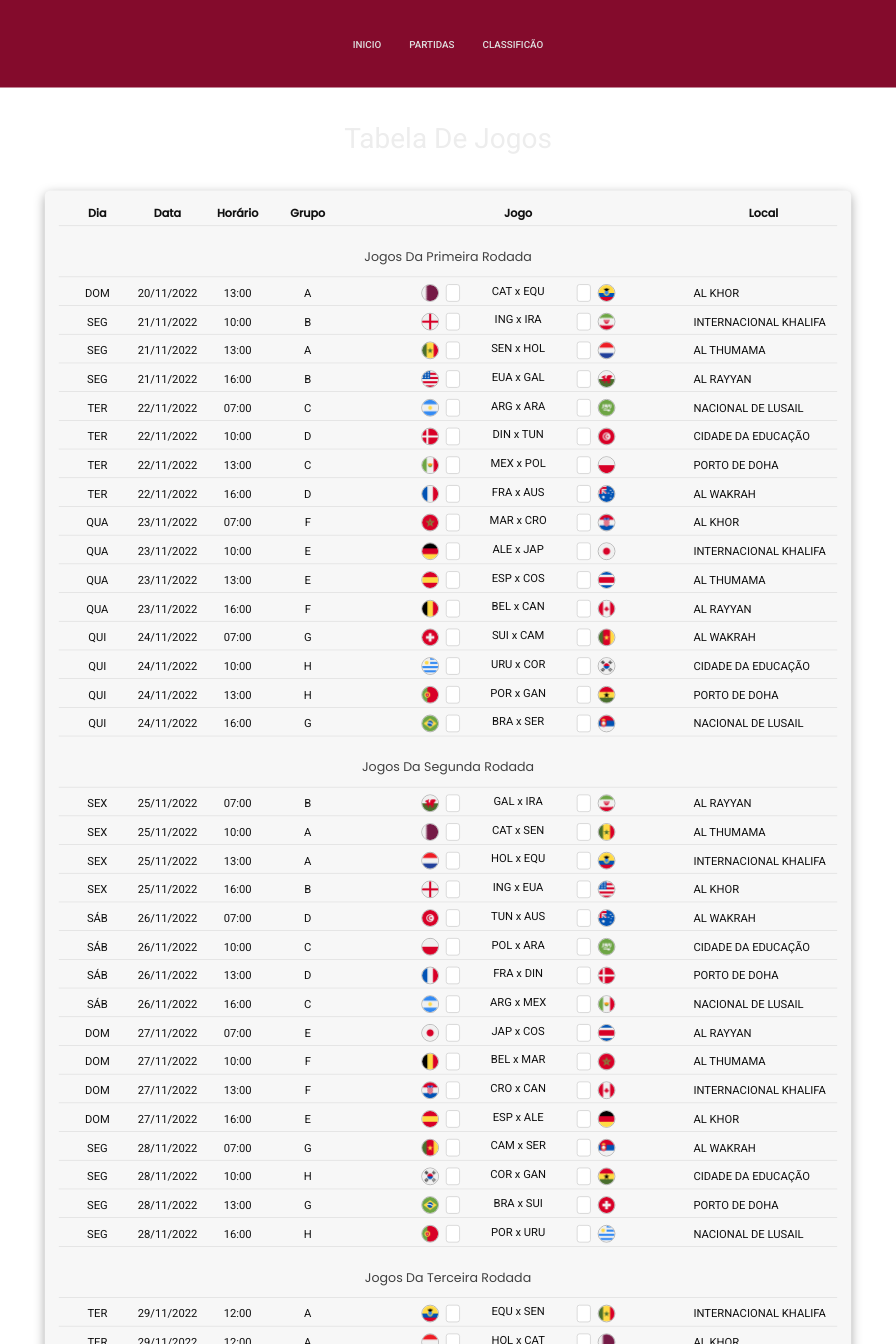
Repository: mayconndouglass/cup-simulator
Page: index.html
The author's editor kept a copy of each file at every save. The page is drawn from the files as they stood at one save, then again after the next save.
The browser window is 1280 px wide. The pictures show the part of the page from y = 0 to 1920 px (the page is 2999 px tall before and 3012 px after), at 70% of full size.

Above is the page before, as saved 2023-01-10 08:49:05.

After the next save:
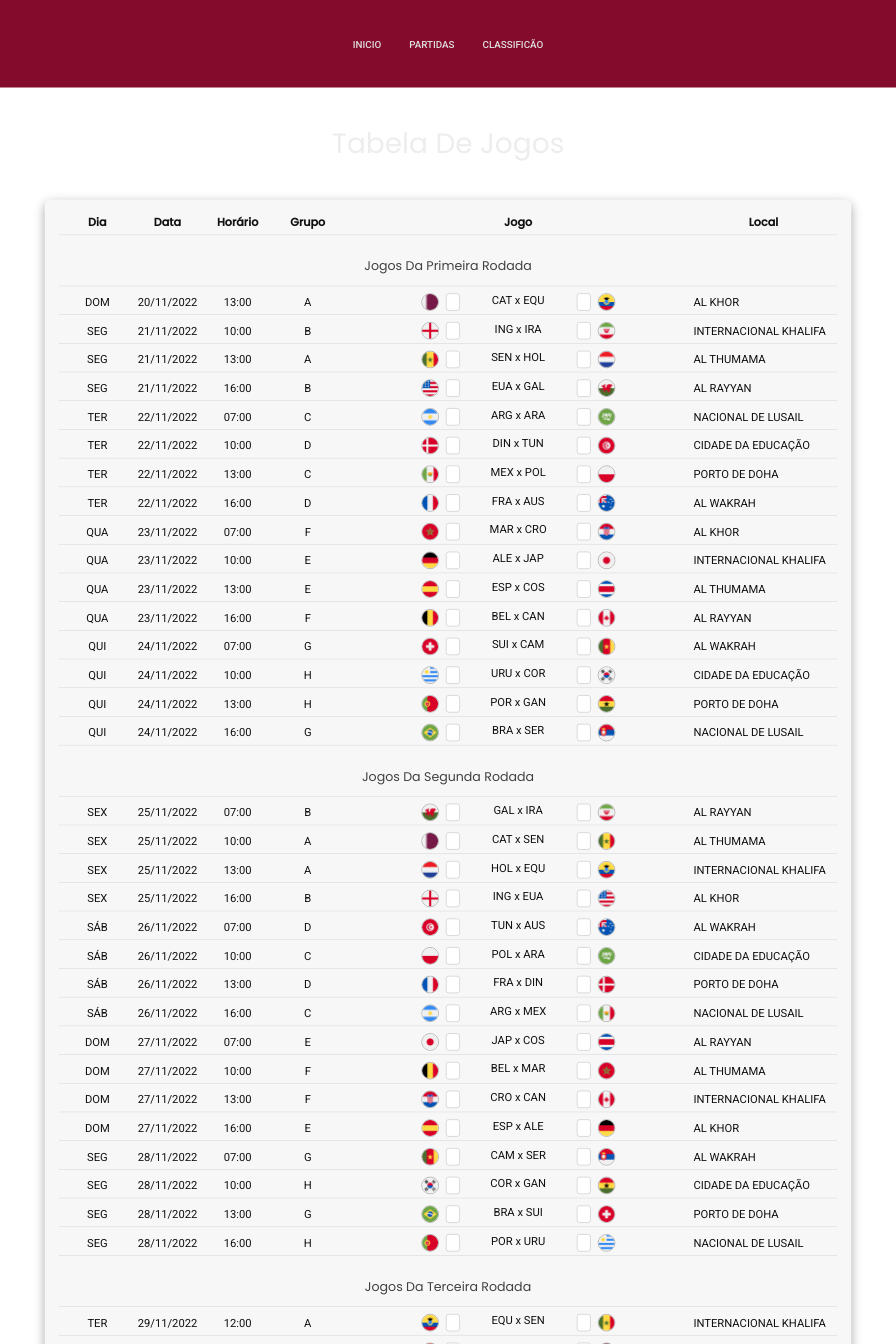
Saved 15 s later.
--- a/index.html
+++ b/index.html
@@ -5,8 +5,8 @@
   <meta charset="UTF-8">
   <meta http-equiv="X-UA-Compatible" content="IE=edge">
   <meta name="viewport" content="width=device-width, initial-scale=1.0">
+  <link rel="stylesheet" href="./css/style.css">
   <link rel="stylesheet" href="./css/initial_page.css">
-  <link rel="stylesheet" href="./css/style.css">
   <title>Copa Do Mundo</title>
 </head>
 
